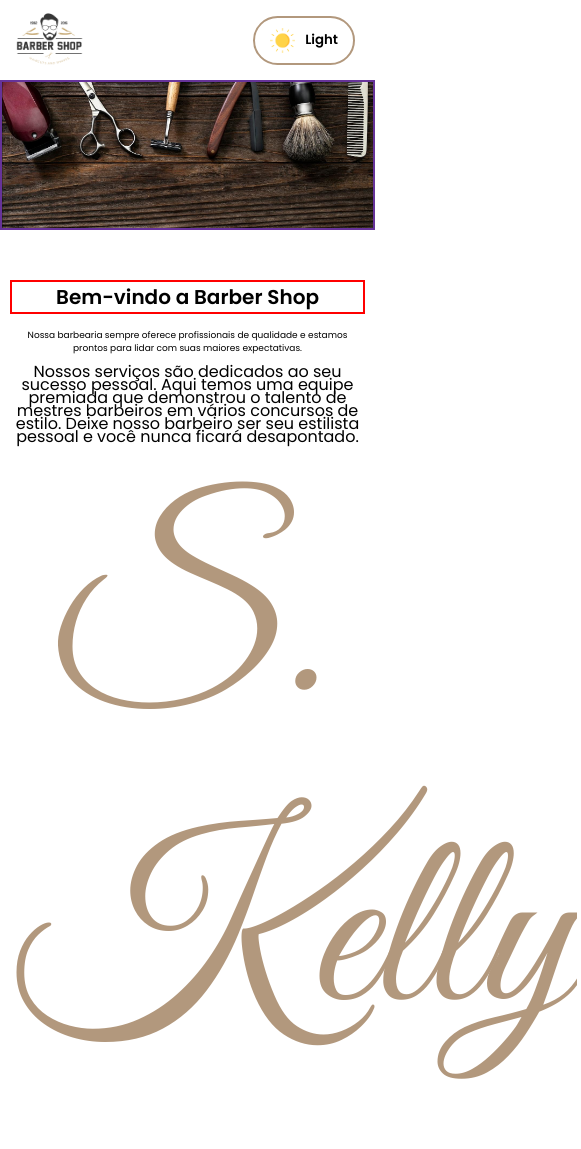
Repository: Daniells642/LandingPage-React
Page: /
The author's editor kept a copy of each file at every save. The page is drawn from the files as they stood at one save, then again after the next save.
The browser window is 375 px wide. The page is 577 px wide, then 581 px, so the pictures cover 581 px, including what lies to the right of the window. The pictures show the whole page.
The project was rebuilt for these pictures with package versions that can differ from the ones it lists, and the page was loaded fresh each time.

Above is the page before, as saved 2022-11-05 00:35:43.

After the next save:
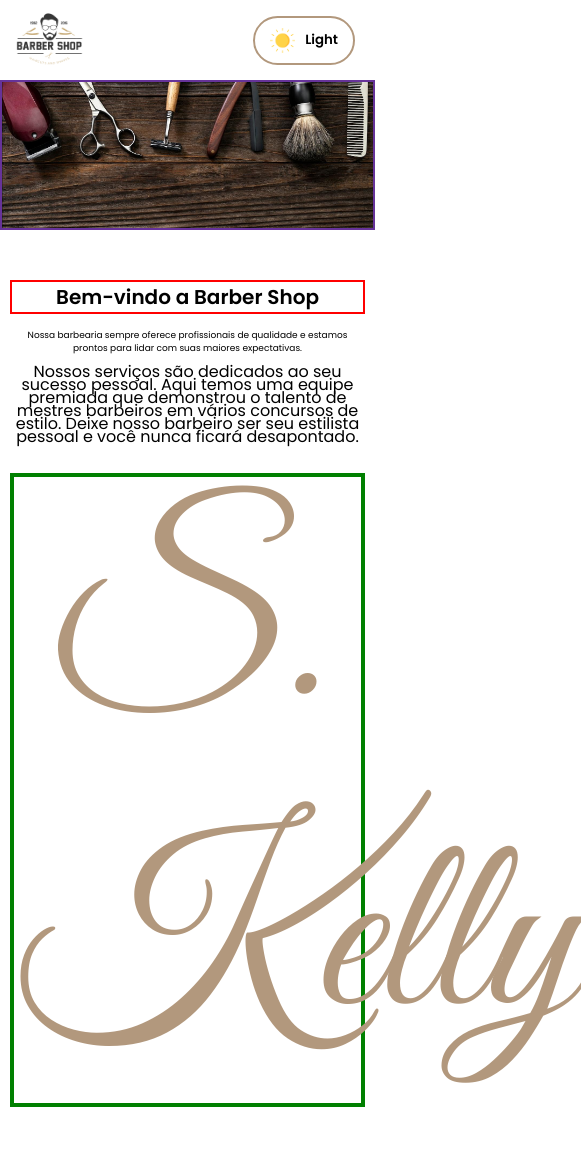
Saved 82 s later.
--- a/src/LandingPage/style.css
+++ b/src/LandingPage/style.css
@@ -116,6 +116,7 @@
   font-weight: 250;
   font-size: 250px;
   color: #B2987D;
+  border: 4px solid green;
 }
 
 }
